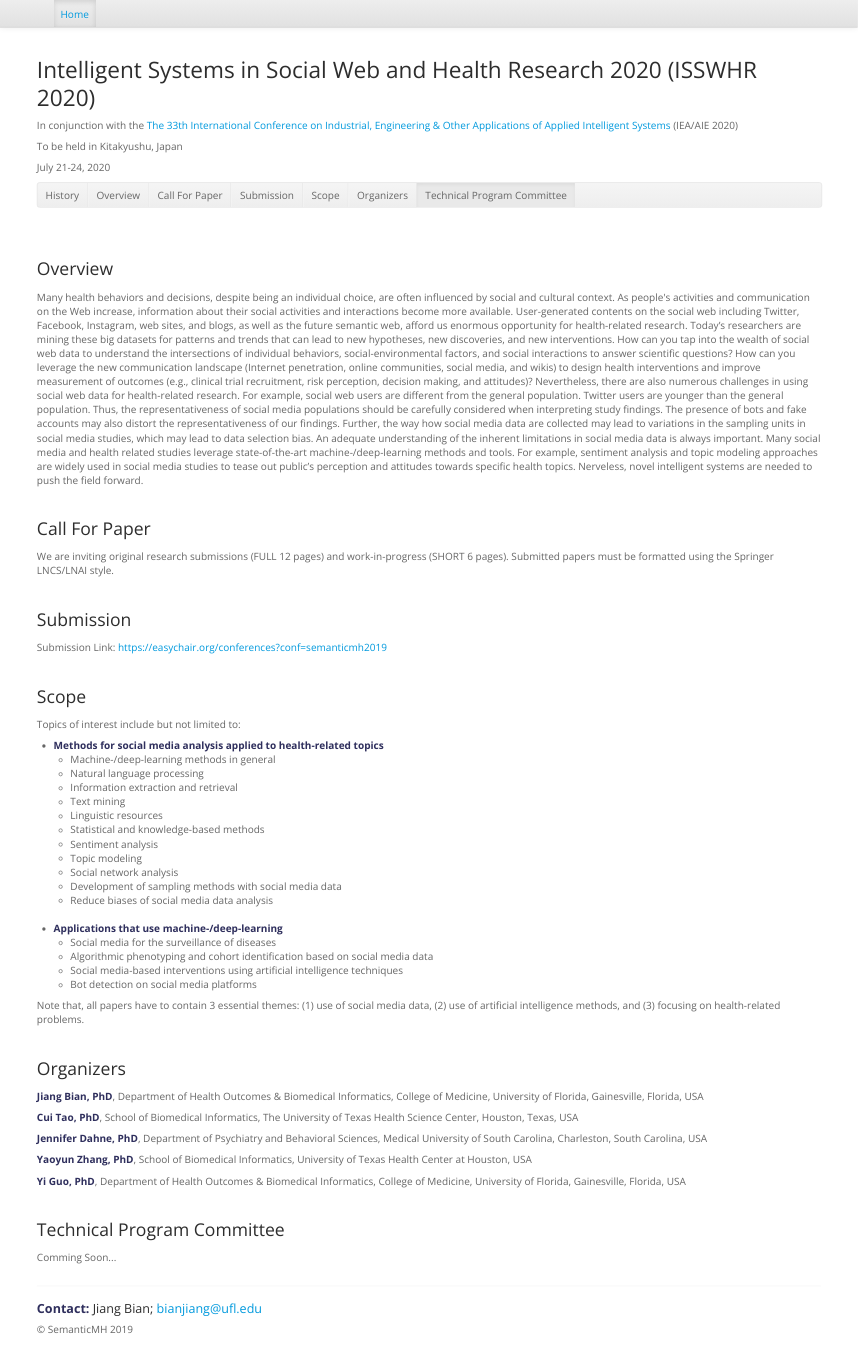
Repository: bianjiang/semantics-powered.org
Page: ISSWHR-2020/index.html
The author's editor kept a copy of each file at every save. The page is drawn from the files as they stood at one save, then again after the next save.
The browser window is 1280 px wide. The pictures show the whole page, at 67% of full size.
Some web libraries are served in a nearby version.

Above is the page before, as saved 2019-10-26 17:03:36.
Console error (its wording comes from the project's code and is left out).

### ISSWHR-2020/index.html
<!DOCTYPE html>
<!--[if lt IE 7]>      <html class="no-js lt-ie9 lt-ie8 lt-ie7"> <![endif]-->
<!--[if IE 7]>         <html class="no-js lt-ie9 lt-ie8"> <![endif]-->
<!--[if IE 8]>         <html class="no-js lt-ie9"> <![endif]-->
<!--[if gt IE 8]><!-->
<html class="no-js">
<!--<![endif]-->

<head>
  <meta charset="utf-8">
  <meta http-equiv="X-UA-Compatible" content="IE=edge,chrome=1">
  <title></title>
  <meta name="description" content="">
  <meta name="viewport" content="width=device-width">

  <link rel="stylesheet" href="css/bootstrap.min.css">
  <style>
    body {
      padding-top: 60px;
      padding-bottom: 40px;
    }
  </style>
  <link rel="stylesheet" href="css/bootstrap-responsive.min.css">
  <link rel="stylesheet" href="css/main.css">

  <script src="js/vendor/modernizr-2.6.2-respond-1.1.0.min.js"></script>
</head>

<body class="preview" id="top" data-spy="scroll" data-target=".subnav" data-offset="80">
  <!--[if lt IE 7]>
            <p class="chromeframe">You are using an <strong>outdated</strong> browser. Please <a href="http://browsehappy.com/">upgrade your browser</a> or <a href="http://www.google.com/chromeframe/?redirect=true">activate Google Chrome Frame</a> to improve your experience.</p>
        <![endif]-->

  <!-- This code is taken from http://twitter.github.com/bootstrap/examples/hero.html -->

  <div class="navbar navbar-fixed-top">
    <div class="navbar-inner">
      <div class="container">

        <a class="btn btn-navbar" data-toggle="collapse" data-target=".nav-collapse">
                        <span class="icon-bar"></span>
                        <span class="icon-bar"></span>
                        <span class="icon-bar"></span>
                    </a>
        <a class="brand" href="#">&nbsp;</a>
        <div class="nav-collapse collapse">
          <ul class="nav">
            <li class="active"><a href="#">Home</a></li>
            <!--
                            <li><a href="#aboutxx">About</a></li>
                            <li><a href="#contact">Contact</a></li>
                            -->
          </ul>
        </div>

      </div>

    </div>
  </div>

  <div class="container">

    <!-- Main hero unit for a primary marketing message or call to action -->
    <!--
            <div class="hero-unit">
                <h1>Hello, world!</h1>
                <p>This is a template for a simple marketing or informational website. It includes a large callout called the hero unit and three supporting pieces of content. Use it as a starting point to create something more unique.</p>
                <p><a class="btn btn-primary btn-large">Learn more &raquo;</a></p>
            </div>
            -->
    <!-- Masthead
================================================== -->
    <header class="jumbotron subhead" id="overview">
      <div class="row">
        <div class="span12">
          <br/>
          <h2>Intelligent Systems in Social Web and Health Research 2020 (ISSWHR 2020)</h2>
          <p>In conjunction with the <a href="https://jsasaki3.wixsite.com/ieaaie2020" target="_blank">The 33th International Conference on Industrial, Engineering & Other Applications of Applied Intelligent Systems</a> (IEA/AIE 2020)</p>
          <p>To be held in Kitakyushu, Japan</p>
          <p>July 21-24, 2020</p>
        </div>
        <div class="span6">
          <!--
      <div class="bsa well">
          <div id="bsap_1277971" class="bsarocks bsap_c466df00a3cd5ee8568b5c4983b6bb19"></div>
      </div>
    -->
        </div>
      </div>
      <div class="subnav">
        <ul class="nav nav-pills">
          <li><a href="#history">History</a></li>
          <li><a href="#overview">Overview</a></li>
          <!-- <li><a href="#audience">Audience</a></li> -->
          <li><a href="#callforpaper">Call For Paper</a></li>
          <li><a href="#submissions">Submission</a></li>
          <!-- <li><a href="#rational">Rational</a></li>
          <li><a href="#workshopstructure">Workshop Structure</a></li> -->
          <!-- <li><a href="#publicity">Publicity</a></li> -->
          <li><a href="#scope">Scope</a></li>
          <li><a href="#organizers">Organizers</a></li>
          <li><a href="#techprogcom">Technical Program Committee</a></li>
        </ul>
      </div>
    </header>

    <!-- <section id="History">
      <div class="row">
        <div class="span12">
          <h3>History</h3>
          <p>The 1st International Workshop on the Semantics of Mental Health (SemanticMH 2018) was successfully organized and hosted in conjunction with the sixth IEEE International Conference on Healthcare Informatics (ICHI 2018) on June 7th, 2018 in New York City, NY, USA.  Overall, we received 7 high quality submissions and we accepted 6 of them.  The accepted papers were published in the IEEE ICHI 2018 workshop proceedings; and we invited the authors of these 6 accepted papers to submit an extended journal version to a special issue (“Special Issue: Semantics of Mental Health”) in the Health Informatics Journal (IF 3.021).
           All authors presented their work in ICHI 2018; and we have invited two keynote speakers (i.e., Drs. Jessie Tenenbaum and Piper Ranallo) from the Mental Health Informatics Working Group (WG) of the American Medical Informatics Association (AMIA) to present a report from the WG titled, “Mental Health Informatics and Knowledge Representation.”  Overall, SemanticsMH 2018 was highly successful and facilitated the exchange of scholar ideas from a group of interdisciplinary researches.
        </p>
        </div>
      </div>
    </section> -->

    <section id="overview">
      <div class="row">
        <div class="span12">
          <h3>Overview</h3>
          <p>Many health behaviors and decisions, despite being an individual choice, are often influenced by social and cultural context.  As people's activities and communication on the Web increase, information about their social activities and interactions become more available.  User-generated contents on the social web including Twitter, Facebook, Instagram, web sites, and blogs, as well as the future semantic web, afford us enormous opportunity for health-related research.  Today’s researchers are mining these big datasets for patterns and trends that can lead to new hypotheses, new discoveries, and new interventions.  How can you tap into the wealth of social web data to understand the intersections of individual behaviors, social-environmental factors, and social interactions to answer scientific questions?  How can you leverage the new communication landscape (Internet penetration, online communities, social media, and wikis) to design health interventions and improve measurement of outcomes (e.g., clinical trial recruitment, risk perception, decision making, and attitudes)?

            Nevertheless, there are also numerous challenges in using social web data for health-related research.  For example, social web users are different from the general population.  Twitter users are younger than the general population.  Thus, the representativeness of social media populations should be carefully considered when interpreting study findings.  The presence of bots and fake accounts may also distort the representativeness of our findings.  Further, the way how social media data are collected may lead to variations in the sampling units in social media studies, which may lead to data selection bias.  An adequate understanding of the inherent limitations in social media data is always important.

            Many social media and health related studies leverage state-of-the-art machine-/deep-learning methods and tools.  For example, sentiment analysis and topic modeling approaches are widely used in social media studies to tease out public’s perception and attitudes towards specific health topics.  Nerveless, novel intelligent systems are needed to push the field forward.
            </p>
        </div>
      </div>
    </section>

    <!-- <section id="audience">
      <div class="row">
        <div class="span12">
          <h3>Audience</h3>
          <p>The goal of this workshop is to bring experts in the field of natural language processing, knowledge representation, knowledge management, and health data analytics to discuss innovative analytical methods, applications, and tools to address problems in mental health.
        </p>
        </div>
      </div>
    </section> -->

    <section id="callforpaper">
      <div class="row">
        <div class="span12">
          <h3>Call For Paper</h3>
          <p>We are inviting original research submissions (FULL 12 pages) and work-in-progress (SHORT 6 pages).  Submitted papers must be formatted using the Springer LNCS/LNAI style.</p>
        </div>
      </div>
    </section>

    <section id="submissions">
      <div class="row">
        <div class="span12">
          <h3>Submission</h3>
          <p>Submission Link: <a href="https://easychair.org/conferences?conf=semanticmh2019" target="_blank">https://easychair.org/conferences?conf=semanticmh2019</a></p>
        </div>
      </div>
    </section>
    <!-- <section id="rational">
      <div class="row">
        <div class="span12">
          <h3>Rational</h3>
          <p>Our proposed workshop aims to provide an international platform for the researchers and scientists in the mental health communities to demonstrate research progresses, share ideas, address questions, and promote collaborations for better representation and analysis of mental health-related terminologies and clinical and research data.
        </p>
        </div>
      </div>
    </section> -->

    <!-- <section id="workshopstructure">
      <div class="row">
        <div class="span12">
          <h3>Workshop Structure</h3>
          <p>We propose a half-day SemanticMH workshop for this year. We will arrange 3 hours for paper presentations and 1 hour for extensive discussions. Different sessions will be arranged based on the topics of presentations. Depending on the number of papers accepted for presentation, each paper presentation will be restricted to 10-25 minutes for a full-length paper, and 5-15 minutes for a short-length paper. All the papers will be submitted and handled through EasyChair and go through peer reviews by at least two reviewers. After the full papers are accepted, we will work with the Health Informatics editors and reviewers to decide which papers will be formally invited for extension to be included in a thematic series in the Health Informatics journal.
        </p>
        </div>
      </div>
    </section>


    <section id="publicity">
      <div class="row">
        <div class="span12">
          <h3>Publicity</h3>
          <p>Various methods will be used for advertisement, including: (i) posting in email mailing lists and through private emails; (ii) creating a workshop discussion email list address and using it for sharing news and posting, (iii) posting in influential websites, (iv) phone calls to colleagues and friends who may be interested, (v) generating a workshop website dedicated to this event, and inviting potential attendees to visit, and (vi) generating a social networking website in LinkedIn to attract public attention, participation, and discussion. The main difference between the workshop website and the LinkedIn website will be that the workshop website is dedicated for posting the workshop information, and the LinkedIn website is used for social networking.
        </p>
        </div>
      </div>
    </section> -->

    <section id="scope">

      <div class="row">
        <div class="span12">
          <h3>Scope</h3>
          <p>Topics of interest include but not limited to:</p>
          <ul>
            <li>
              <b>Methods for social media analysis applied to health-related topics</b>
              <ul>
                <li>Machine-/deep-learning methods in general</li>
                <li>Natural language processing</li>
                <li>Information extraction and retrieval</li>
                <li>Text mining</li>
                <li>Linguistic resources</li>
                <li>Statistical and knowledge-based methods</li>
                <li>Sentiment analysis</li>
                <li>Topic modeling</li>
                <li>Social network analysis</li>
                <li>Development of sampling methods with social media data</li>
                <li>Reduce biases of social media data analysis</li>
              </ul>
            </li>
            <br>
            <li>
              <b>Applications that use machine-/deep-learning</b>
              <ul>
                <li>Social media for the surveillance of diseases</li>
                <li>Algorithmic phenotyping and cohort identification based on social media data</li>
                <li>Social media-based interventions using artificial intelligence techniques</li>
                <li>Bot detection on social media platforms</li>
              </ul>
            </li>
          </ul>
          <p>Note that, all papers have to contain 3 essential themes: (1) use of social media data, (2) use of artificial intelligence methods, and (3) focusing on health-related problems.</p>
        </div>
      </div>
    </section>

    <section id="organizers">
      <div class="row">
        <div class="span12">
          <h3>Organizers</h3>
          <p><b>Jiang Bian, PhD</b>, Department of Health Outcomes & Biomedical Informatics, College of Medicine, University of Florida, Gainesville, Florida, USA</p>
          <p><b>Cui Tao, PhD</b>, School of Biomedical Informatics, The University of Texas Health Science Center, Houston, Texas, USA</p>
          <p><b>Jennifer Dahne, PhD</b>, Department of Psychiatry and Behavioral Sciences, Medical University of South Carolina, Charleston, South Carolina, USA</p>
          <p><b>Yaoyun Zhang, PhD</b>, School of Biomedical Informatics, University of Texas Health Center at Houston, USA</p></p>
          <p><b>Yi Guo, PhD</b>, Department of Health Outcomes & Biomedical Informatics, College of Medicine, University of Florida, Gainesville, Florida, USA</p></p>
        </div>
      </div>
    </section>

    <section id="techprogcom">
      <div class="row">
        <div class="span12">
          <h3>Technical Program Committee</h3>
          <p>Comming Soon...</p>
        </div>
      </div>
    </section>
    <hr>
    <h4><b>Contact:</b> Jiang Bian; <a href="mailto:bianjiang@ufl.edu">bianjiang@ufl.edu</a></h4>
    <footer>
      <p>&copy; SemanticMH 2019</p>
    </footer>

  </div>
  <!-- /container -->

  <script src="//ajax.googleapis.com/ajax/libs/jquery/1.9.1/jquery.min.js"></script>
  <script>
    window.jQuery || document.write('<script src="js/vendor/jquery-1.9.1.min.js"><\/script>')
  </script>

  <script src="js/vendor/bootstrap.min.js"></script>

  <script src="js/plugins.js"></script>
  <script src="js/main.js"></script>
  <script>
      (function (i, s, o, g, r, a, m) {
i['GoogleAnalyticsObject'] = r; i[r] = i[r] || function () {
        (i[r].q = i[r].q || []).push(arguments)
      }, i[r].l = 1 * new Date(); a = s.createElement(o),
        m = s.getElementsByTagName(o)[0]; a.async = 1; a.src = g; m.parentNode.insertBefore(a, m)
      })(window, document, 'script', 'https://www.google-analytics.com/analytics.js', 'ga');

    ga('create', 'UA-50982144-4', 'auto');
    ga('send', 'pageview');
  </script>
</body>

</html>

Loaded but not shown: ISSWHR-2020/css/bootstrap.min.css (library); ISSWHR-2020/css/bootstrap-responsive.min.css (library); ISSWHR-2020/js/vendor/modernizr-2.6.2-respond-1.1.0.min.js (library); ISSWHR-2020/js/vendor/bootstrap.min.js (library); ISSWHR-2020/js/main.js (95 lines, source omitted); ISSWHR-2020/js/plugins.js (24 lines, source omitted); ISSWHR-2020/css/main.css (463 lines, source omitted)

After the next save:
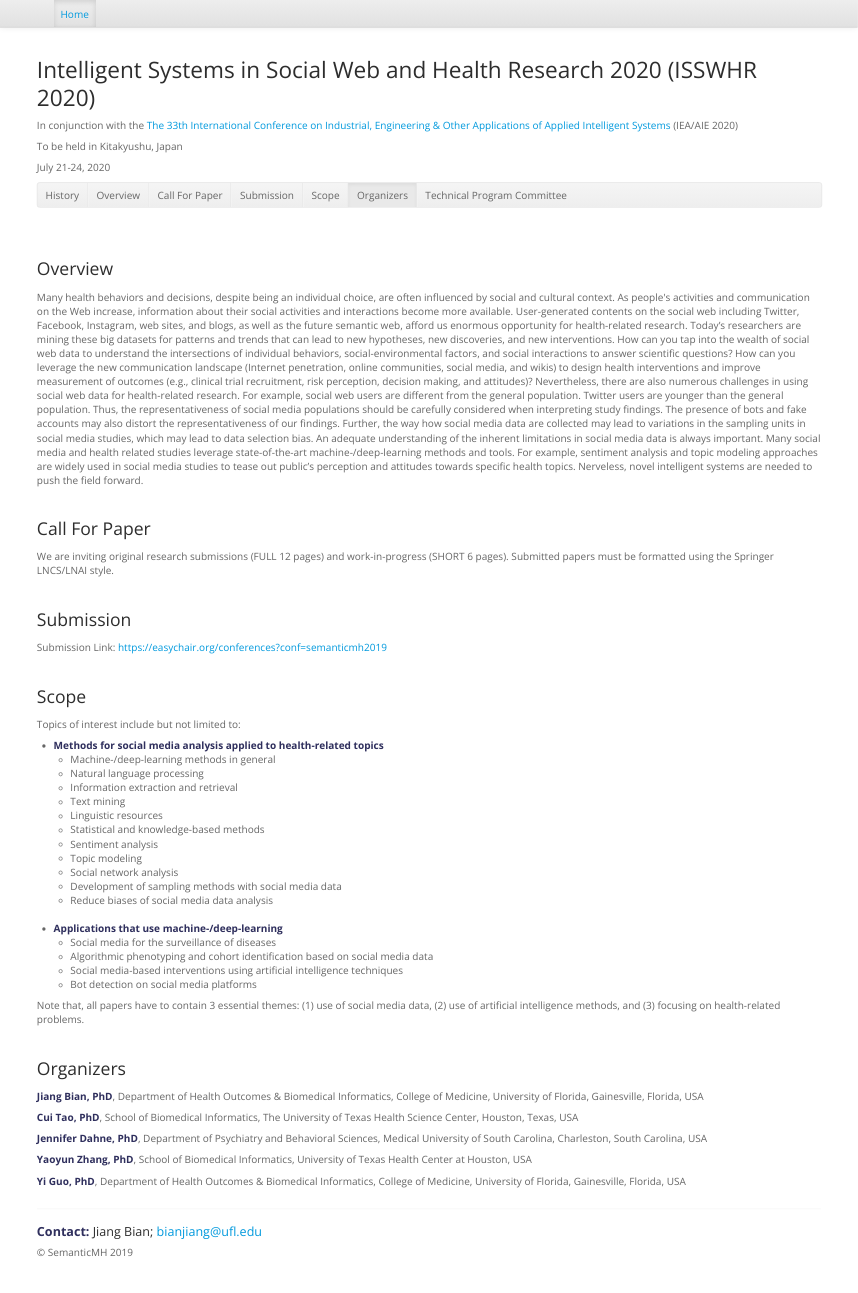
Saved 11 s later.
--- a/ISSWHR-2020/index.html
+++ b/ISSWHR-2020/index.html
@@ -239,14 +239,14 @@
       </div>
     </section>
 
-    <section id="techprogcom">
+    <!-- <section id="techprogcom">
       <div class="row">
         <div class="span12">
           <h3>Technical Program Committee</h3>
           <p>Comming Soon...</p>
         </div>
       </div>
-    </section>
+    </section> -->
     <hr>
     <h4><b>Contact:</b> Jiang Bian; <a href="mailto:bianjiang@ufl.edu">bianjiang@ufl.edu</a></h4>
     <footer>
